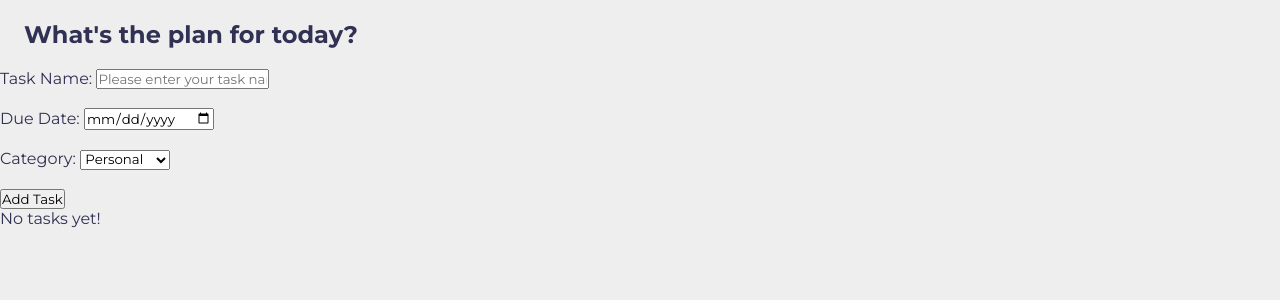
Repository: comp426-2023-spring/a99-SnowPile
Page: http://localhost/
These files come from the project's save history. The page is drawn as it stood at one moment and after the next save; the edit follows.
The browser window is 1280 px wide. The pictures show the whole page.
Some web fonts or font styles are not loaded; a fallback is used. The page is served by the project's Node server (app.js).

Above is the page before, as saved 2023-04-15 21:10:33.

After the next save:
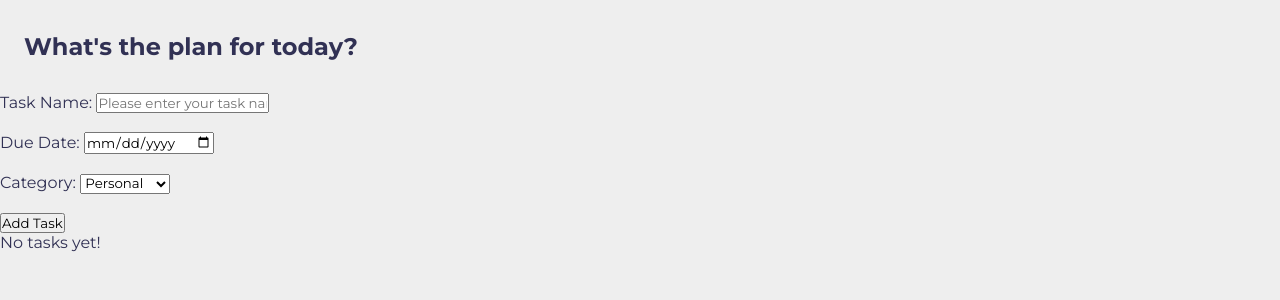
Saved 15 s later.
--- a/frontend/public/style.css
+++ b/frontend/public/style.css
@@ -11,8 +11,8 @@ body {
 
 }
 section {
-	margin-top: 20px;
-	margin-bottom: 20px;
+	margin-top: 2rem;
+	margin-bottom: 2rem;
 	padding-left: 1.5rem;
 	padding-right: 1.5rem;
 }
